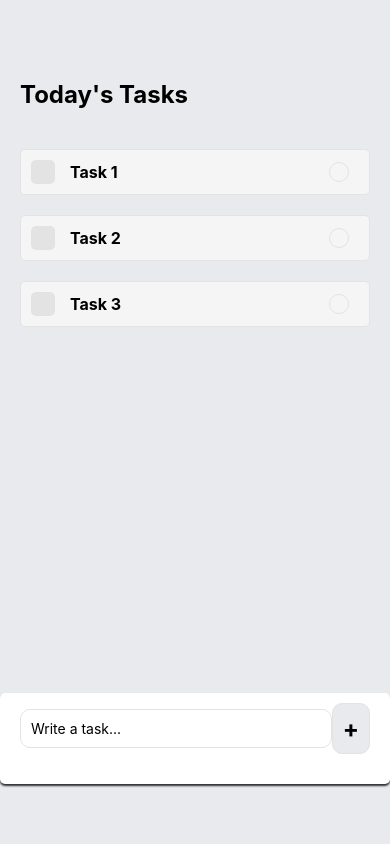
Repository: lomelo-x/ToDo-App
Screen: /
The author's editor kept a copy of each file at every save. The screen is drawn from the files as they stood at one save, then again after a run of saves.
The app was drawn by React Native's web renderer in a window 390 px wide. The project was rebuilt for these pictures with package versions that can differ from the ones it lists, and the page was loaded fresh each time.

Above is the screen before, as saved 2022-06-17 21:20:38.

After the next 2 saves:
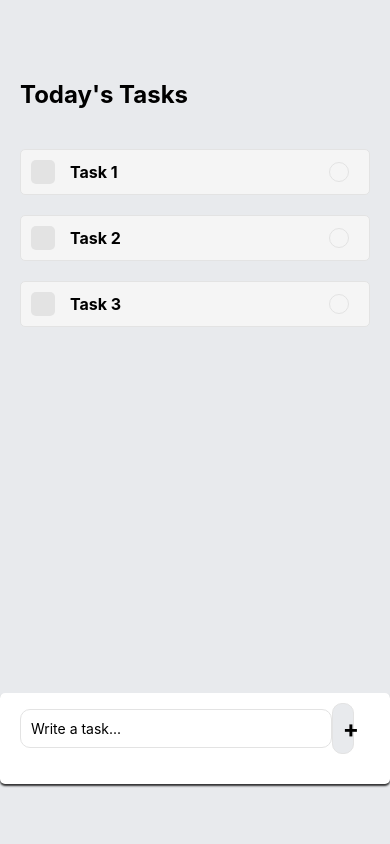
The 2 saves are shown as one change because they came seconds apart.
The last was saved 7 s later.
--- a/App.js
+++ b/App.js
@@ -80,7 +80,7 @@ addTaskButton: {
 		alignItems: 'center',
 		justifyContent: 'space-between',
 		marginBottom: 20,
-
+		width: '10%',
 	},
 addTaskButtonText: {
 		fontSize: 24,
